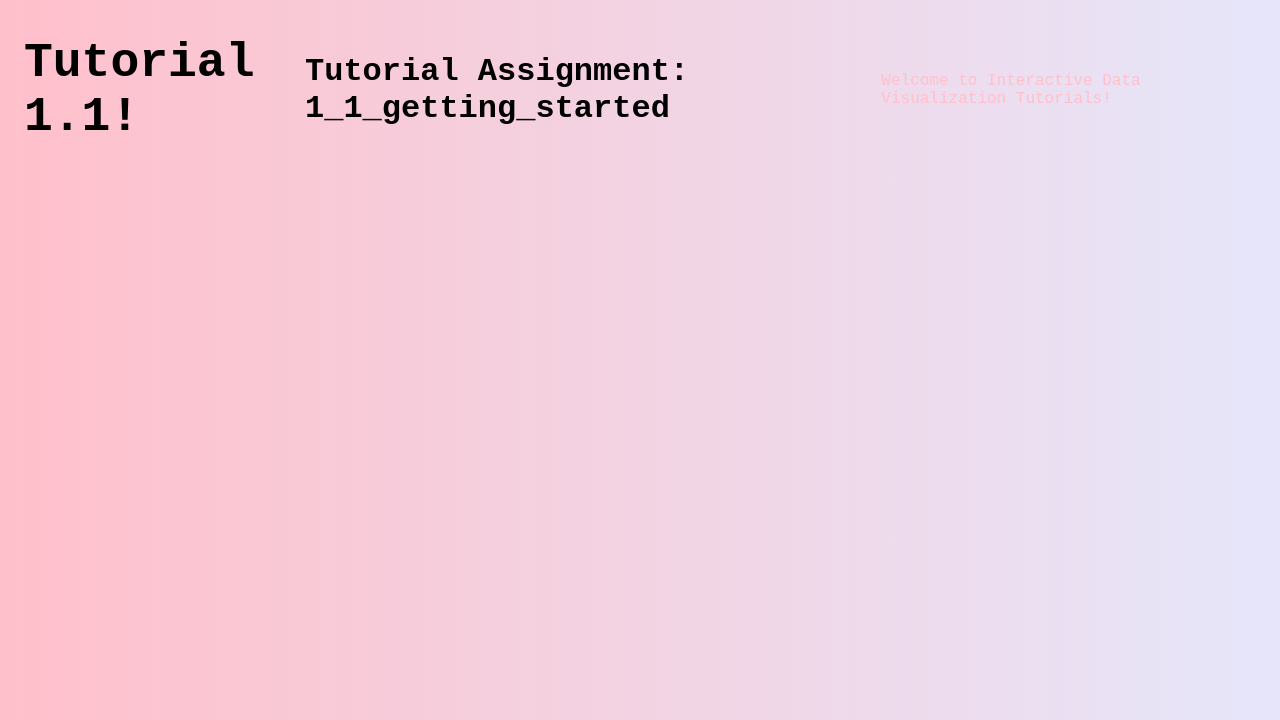
Repository: lisjak/Interactive-Data-Vis-Fall2022
Page: 1_1_getting_started/index.html
These files come from the project's save history. The page is drawn as it stood at one moment and after the next save; the edit follows.
The browser window is 1280 px wide. The pictures show the whole page.
Some web fonts or font styles are not loaded; a fallback is used.

Above is the page before, as saved 2022-09-04 21:47:54.

After the next save:
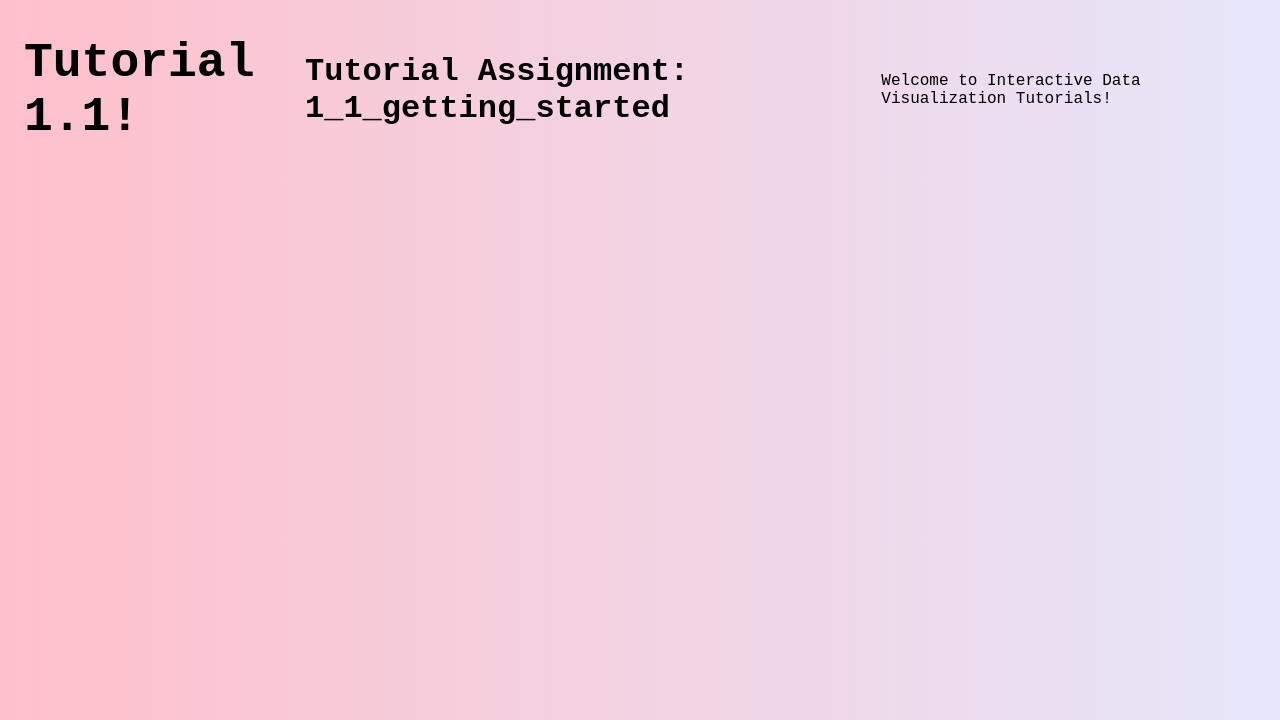
Saved 30 s later.
--- a/1_1_getting_started/style.css
+++ b/1_1_getting_started/style.css
@@ -20,5 +20,5 @@ h3 {
 
 p {
     font-size: 1em;
-    color: pink;
+    color: black;
 }
